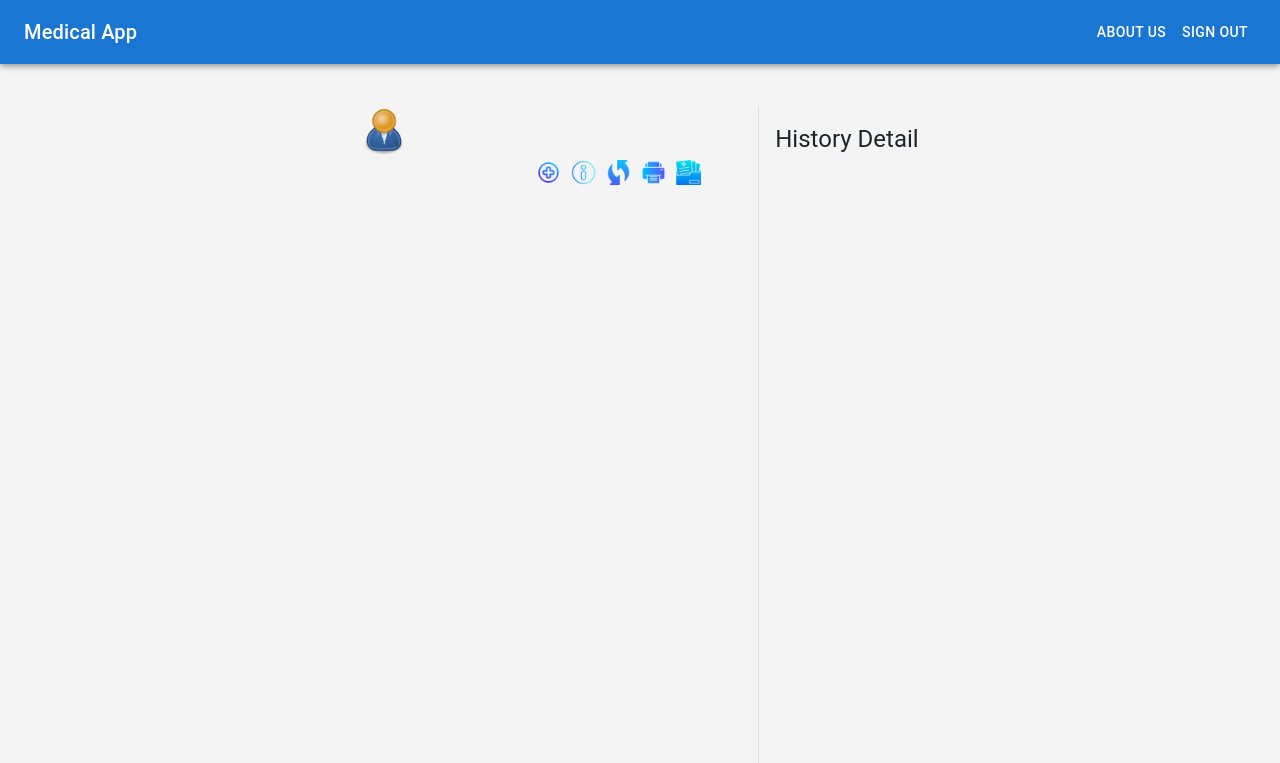
Repository: sshaiv/demo_project
Page: /
The author's editor kept a copy of each file at every save. The page is drawn from the files as they stood at one save, then again after the next save.
The browser window is 1280 px wide. The pictures show the whole page.
The project was rebuilt for these pictures with package versions that can differ from the ones it lists, and the page was loaded fresh each time. Also part of the build but not shown: src/components/AddPatient.js.

Above is the page before, as saved 2024-08-13 09:19:25.

### public/index.html
<!DOCTYPE html>
<html lang="en">
  <head>
    <meta charset="utf-8" />
    <link rel="icon" href="%PUBLIC_URL%/favicon.ico" />
    <meta name="viewport" content="width=device-width, initial-scale=1" />
    <meta name="theme-color" content="#000000" />
    <meta
      name="description"
      content="Web site created using create-react-app"
    />
    <link rel="apple-touch-icon" href="%PUBLIC_URL%/logo192.png" />
    <!--
      manifest.json provides metadata used when your web app is installed on a
      user's mobile device or desktop. See https://developers.google.com/web/fundamentals/web-app-manifest/
    -->
    <link rel="manifest" href="%PUBLIC_URL%/manifest.json" />
    <link
  rel="stylesheet"
  href="https://maxcdn.bootstrapcdn.com/bootstrap/4.5.2/css/bootstrap.min.css"
/>

    <!--
      Notice the use of %PUBLIC_URL% in the tags above.
      It will be replaced with the URL of the `public` folder during the build.
      Only files inside the `public` folder can be referenced from the HTML.

      Unlike "/favicon.ico" or "favicon.ico", "%PUBLIC_URL%/favicon.ico" will
      work correctly both with client-side routing and a non-root public URL.
      Learn how to configure a non-root public URL by running `npm run build`.
    -->
    <title>React App</title>
  </head>
  <body>
    <noscript>You need to enable JavaScript to run this app.</noscript>
    <div id="root"></div>
    <!--
      This HTML file is a template.
      If you open it directly in the browser, you will see an empty page.

      You can add webfonts, meta tags, or analytics to this file.
      The build step will place the bundled scripts into the <body> tag.

      To begin the development, run `npm start` or `yarn start`.
      To create a production bundle, use `npm run build` or `yarn build`.
    -->
  </body>
</html>

### src/App.js
// src/App.js
import React from 'react';
import { Box, Container } from '@mui/material';
import LeftSection from './components/LeftSection';
import RightSection from './components/RightSection';
import Header from './components/Header'; // Assuming you have a Header component

const App = () => {
  return (
    <div>
      <Header /> {/* Include your header if you have one */}

      <Box
        sx={{
          position:'relative',
          top:'75px',
          display: 'flex',
          height: 'calc(100vh - 64px)', // Adjust height if you have a header
        }}
      >
        <Box sx={{ width: '70%', overflowY: 'scroll' }}>
          <LeftSection />

        </Box>
        <Box sx={{ width: '30%', borderLeft: '1px solid #ddd' }}>
          <RightSection />
        </Box>
      </Box>
    </div>
  );
};

export default App;

### src/components/LeftSection.jsx
// src/components/LeftSection.js
import React from 'react';
// import { Box, Typography, TextField, Grid } from '@mui/material';
import NursingHeader from './NursingHeader';
import AddPatient from './AddPatient';
import { useState } from 'react';

const LeftSection = () => {


  const [showLogin, setShowLogin] = useState(false)

  return (
    <>
    {showLogin? <AddPatient  setShowLogin={setShowLogin}/>:<></>}

     <div>
      <NursingHeader  setShowLogin={setShowLogin} />
      </div>
   </>
  );
};

export default LeftSection;

### src/components/RightSection.jsx
// src/components/RightSection.js
import React from 'react';
import { Box, Typography } from '@mui/material';

const RightSection = () => {
  return (
    <Box
      sx={{
        width: '100%',
        height: 'calc(100vh - 64px)',
        padding: '16px',
        boxSizing: 'border-box',
      }}
    >
      <Typography variant="h5" gutterBottom>
        History Detail
      </Typography>
      {/* Add more content as needed */}
    </Box>
  );
};

export default RightSection;

### src/components/Header.js
import React from 'react';
import { AppBar, Toolbar, Typography, Button } from '@mui/material';

const Header = () => {
  return (
    <AppBar position="fixed">
      <Toolbar>
        <Typography variant="h6" style={{ flexGrow: 1 }}>
          Medical App
        </Typography>
        <Button color="inherit">About Us</Button>
        <Button color="inherit">Sign Out</Button>
      </Toolbar>
    </AppBar>
  );
};

export default Header;

### src/components/NursingHeader.js
// import React from "react";
import React from "react";
import  '../cssfile/style.css'

const NursingHeader = ({setShowLogin}) => {

  return (
    <div id="NursingHeader" className="container-fluid">
      <div style={{gap: "130px" , position: "relative"}} className="row">
        {/* Employee Image */}
        <div className="col-md-1">
          <img
            src="/assets/2000px-User_icon_2.svg.png"
            style={{
              width: "50px",
              height: "50px",
              marginRight: "10px",
              cursor: "pointer",
            }}
            alt=""
            onClick={() => console.log("Add Patient Clicked")}
          />
        </div>

        {/* Patient Information */}

        {/* Action Buttons */}
        <div
        className="col-md-6"
        style={{ textAlign: "right", position: "relative", top: "40px" }}
      >
        <img
          src="/assets/addpatients.png"
          style={{
            width: "25px",
            height: "25px",
            marginRight: "10px",
            cursor: "pointer",
          }}
          alt="ADD"
          onClick={() => setShowLogin(true)}
        />
        <img
          src="/assets/info-button.png"
          style={{
            width: "25px",
            height: "25px",
            marginRight: "10px",
            cursor: "pointer",
          }}
          alt="Info"
          onClick={() => console.log("Info Button Clicked")}
        />
        <img
          src="/assets/refresh.png"
          style={{
            width: "25px",
            height: "25px",
            marginRight: "10px",
            cursor: "pointer",
          }}
          alt="Refresh"
          onClick={() => console.log("Refresh Clicked")}
        />
        <img
          src="/assets/printer.png"
          style={{
            width: "25px",
            height: "25px",
            marginRight: "10px",
            cursor: "pointer",
          }}
          alt="Print"
          onClick={() => console.log("Print Clicked")}
        />
        <img
          src="/assets/folder.png"
          style={{ width: "25px", height: "25px", cursor: "pointer" }}
          alt="Folder"
          onClick={() => console.log("Folder Clicked")}
        />
      </div>


      </div>

      {/* Hidden Fields */}
      <div className="row">
        <div className="col-md-1" hidden>
          <label>Bed No.</label>
          <input
            id="txtBedNo"
            type="text"
            className="form-control form-control-readonly"
            readOnly
            disabled
          />
        </div>
        <div className="col-md-1" hidden>
          <label>Age</label>
          <input
            id="txtAge"
            type="text"
            className="form-control form-control-readonly"
            readOnly
            disabled
          />
        </div>
        <div className="col-md-1" hidden>
          <label>Gender</label>
          <input
            id="txtGender"
            type="text"
            className="form-control form-control-readonly"
            readOnly
            disabled
          />
        </div>
      </div>
    </div>
  );
};

// Reusable Button Component
const Button = ({ id, imgSrc, onClick, title, disabled }) => (
  <button
    id={id}
    className="btn btn-primary btn-sm"
    style={{ backgroundColor: "transparent" }}
    onClick={onClick}
    title={title}
    disabled={disabled}
  >
    <img
      src={imgSrc}
      style={{ width: "25px", height: "25px" }}
      alt={title || "button"}
    />
  </button>
);

export default NursingHeader;

### src/cssfile/style.css
body {
    font-family: Arial, sans-serif;
    background-color: #f4f4f4;
    display: flex;
    justify-content: center;
    align-items: center;
    height: 100vh;
    margin: 0;
  }

  .container {
    background-color: white;
    width: 85%;
    border: 2px solid #003366;
    border-radius: 8px;
    padding: 20px;
  }

  .header {
    display: flex;
    justify-content: space-between;
    align-items: center;
    background-color: #003366;
    color: white;
    padding: 10px;
    border-radius: 6px;
  }

  .header h2 {
    margin: 0;
  }

  .buttons {
    display: flex;
    gap: 10px;
  }

  .buttons button {
    background-color: white;
    border: none;
    border-radius: 50%;
    padding: 8px;
    cursor: pointer;
    font-size: 16px;
  }

  .patient-form {
    margin-top: 20px;
  }

  .row {
    display: flex;
    align-items: center;
    margin-bottom: 15px;
    gap: 15px;
  }

  .row label {
    width: 100px;
    font-weight: bold;
  }

  .row input,
  .row select {
    flex: 1;
    padding: 5px;
    border: 1px solid #ccc;
    border-radius: 4px;
  }

  .row .required {
    color: red;
  }

  .search-btn {
    background-color: #fff;
    border: 1px solid #ccc;
    padding: 5px;
    cursor: pointer;
  }

  .footer {
    display: flex;
    justify-content: center;
    margin-top: 20px;
  }

  .done-btn {
    background-color: #003366;
    color: white;
    padding: 10px 20px;
    border: none;
    border-radius: 4px;
    cursor: pointer;
    font-size: 16px;
  }

Loaded but not shown: src/index.js (common file); src/index.css (common file)

After the next save:
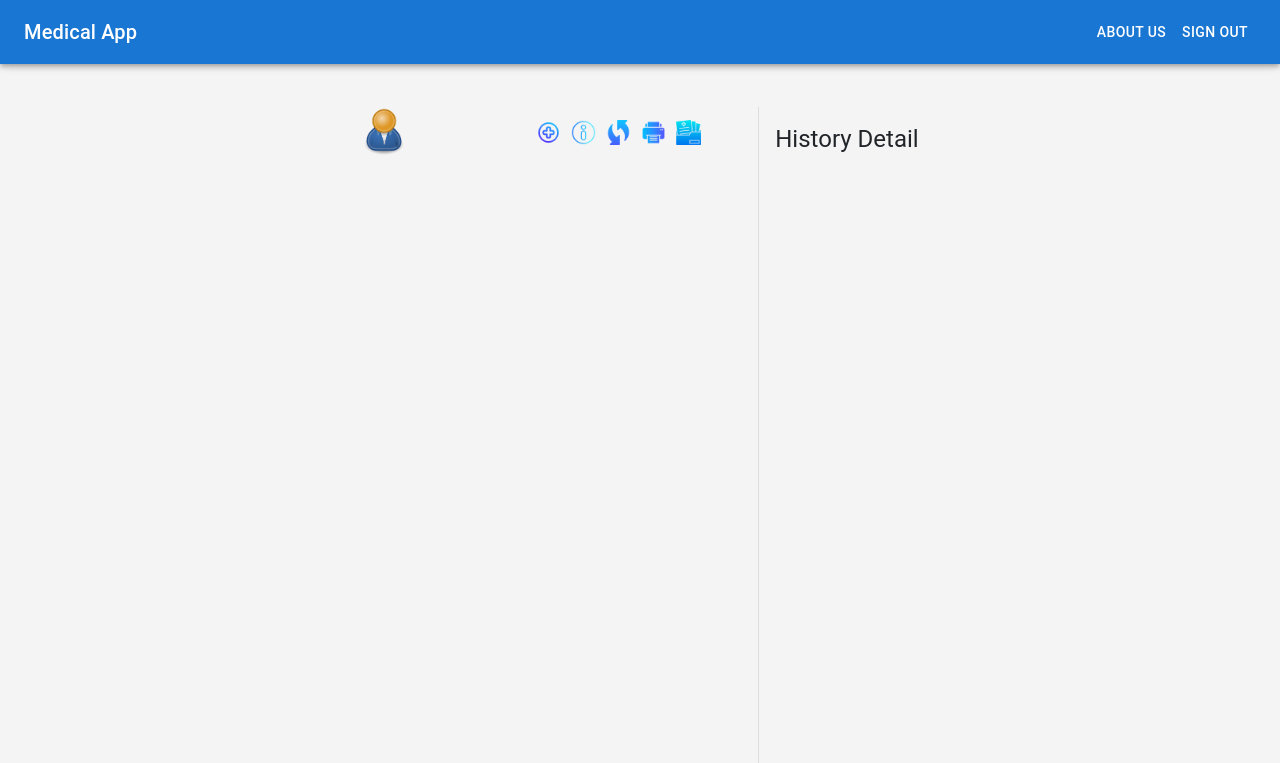
Saved 3 min 17 s later.
--- a/src/components/NursingHeader.js
+++ b/src/components/NursingHeader.js
@@ -27,7 +27,7 @@ const NursingHeader = ({setShowLogin}) => {
         {/* Action Buttons */}
         <div
         className="col-md-6"
-        style={{ textAlign: "right", position: "relative", top: "40px" }}
+        style={{ textAlign: "right" }}
       >
         <img
           src="/assets/addpatients.png"
